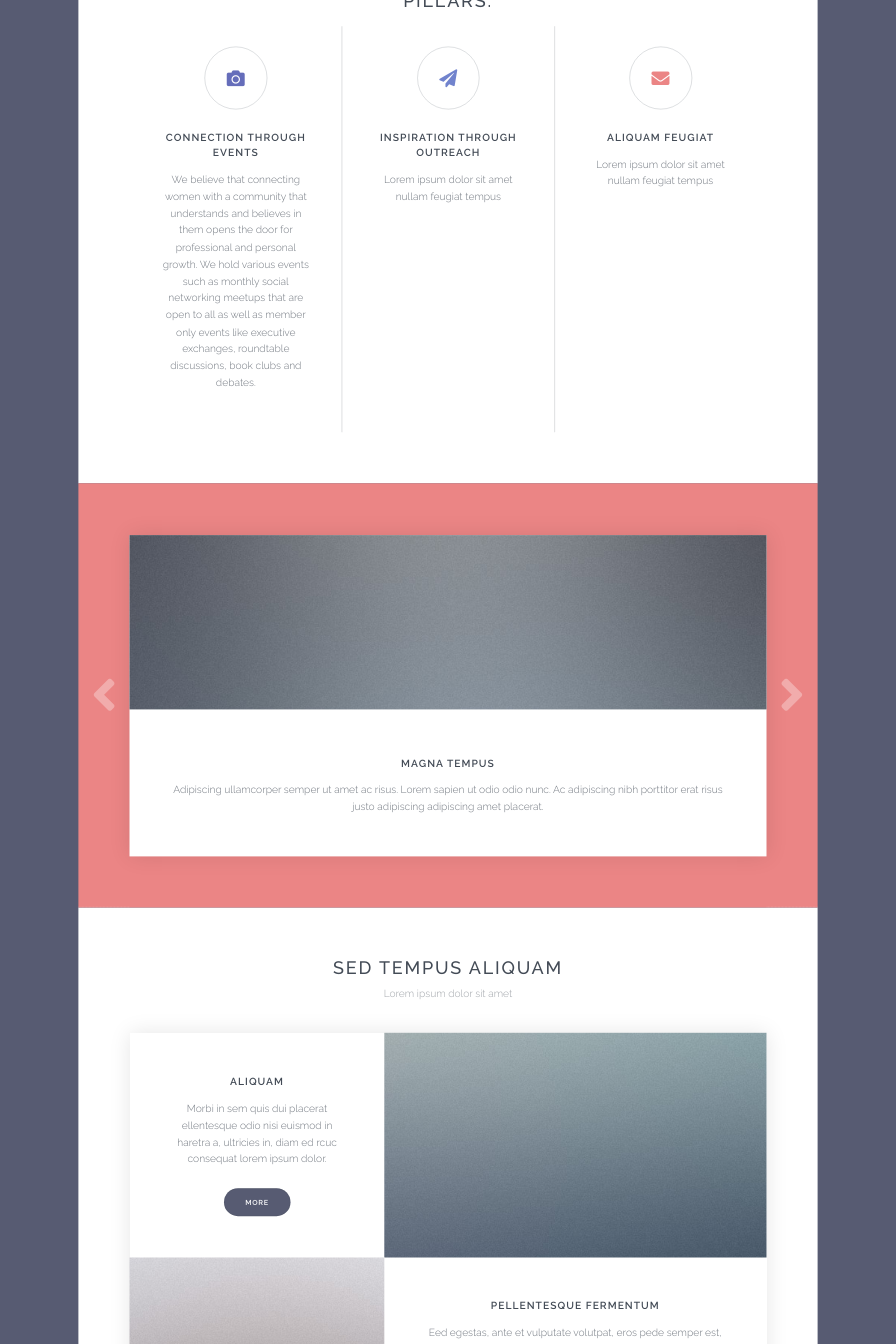
Repository: Roshanell/Houston-women-in-tech
Page: index.html
An editor plug-in stored every save of this project. The page is shown before and after a run of saves, followed by the edit.
The browser window is 1280 px wide. The pictures show the part of the page from y = 909 to 2829 px (the page is 3886 px tall before and 4056 px after), at 70% of full size.

Above is the page before, as saved 2022-12-11 15:54:07.

After the next 2 saves:
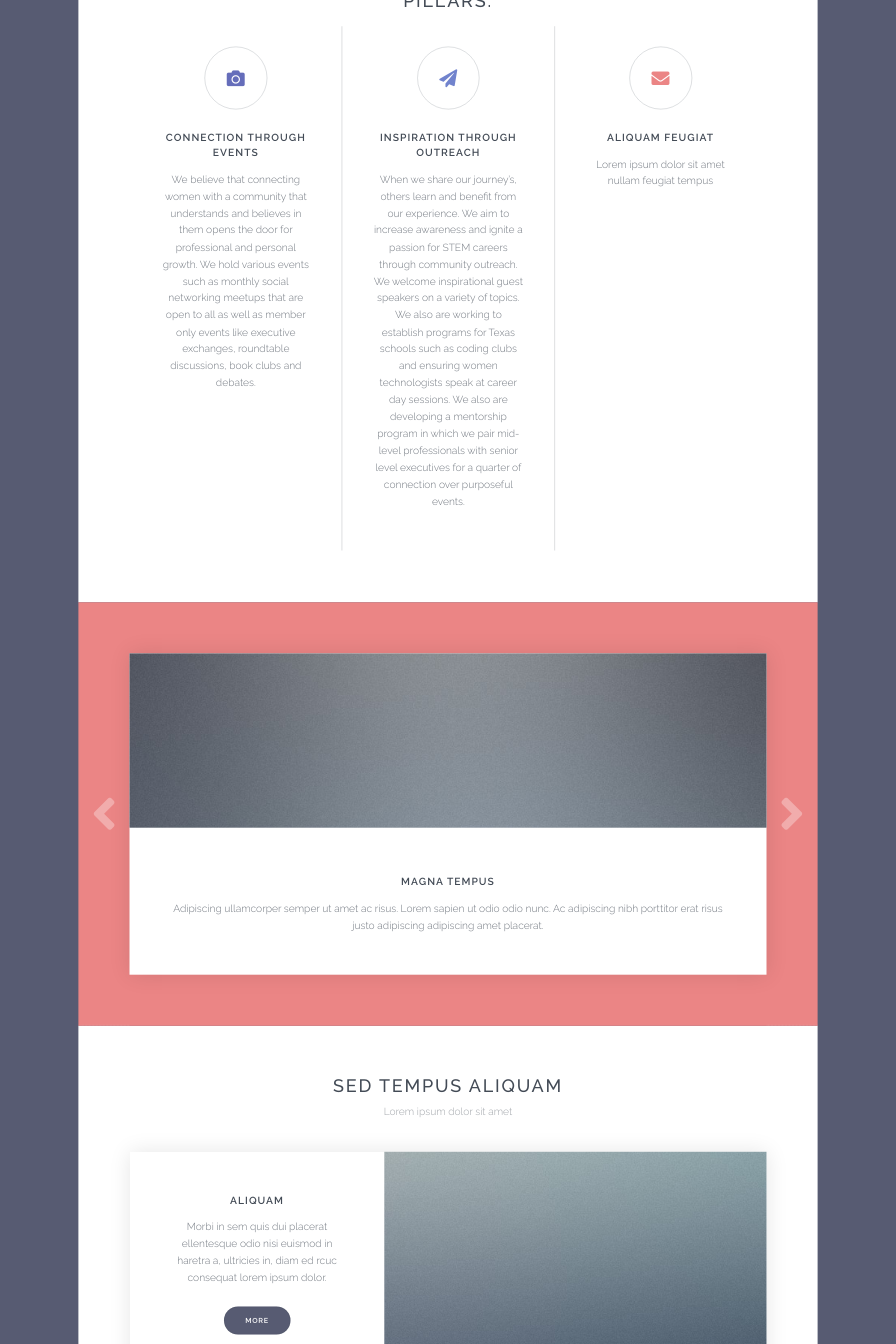
The 2 saves are shown as one change because they came seconds apart.
The last was saved 18 s later.
--- a/index.html
+++ b/index.html
@@ -102,7 +102,12 @@
 							<section>
 								<span class="icon solid fa-paper-plane major accent3"></span>
 								<h3>Inspiration through Outreach</h3>
-								<p>Lorem ipsum dolor sit amet nullam feugiat tempus</p>
+								<p>When we share our journey’s, others learn and benefit from our experience. We aim to increase
+									awareness and ignite a passion for STEM careers through community outreach. We welcome inspirational
+									guest speakers on a variety of topics. We also are working to establish programs for Texas schools
+									such as coding clubs and ensuring women technologists speak at career day sessions. We also are
+									developing a mentorship program in which we pair mid-level professionals with senior level executives
+									for a quarter of connection over purposeful events.</p>
 							</section>
 							<section>
 								<span class="icon solid fa-envelope major accent4"></span>
